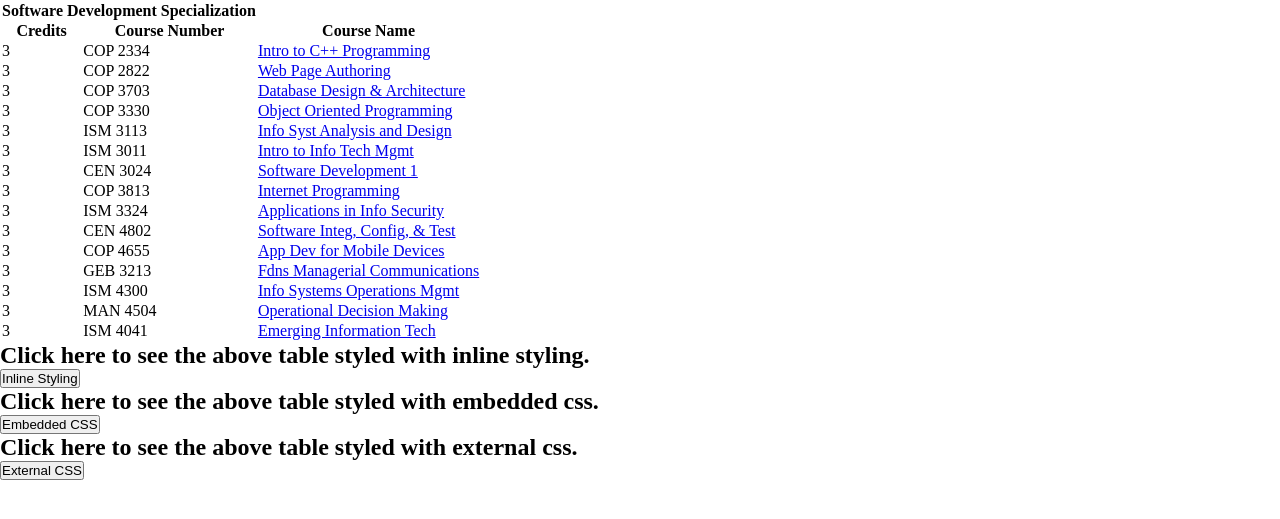
Repository: mlmEFSC21/P5-DegreeTableStyling
Page: index.html
These files come from the project's save history. The page is drawn as it stood at one moment and after the next save; the edit follows.
The browser window is 1280 px wide. The pictures show the whole page.

Above is the page before, as saved 2022-02-09 14:13:16.

### index.html
<!DOCTYPE html>
<html lang="en">
    <head>
        <meta charset="UTF-8" />
        <meta http-equiv="X-UA-Compatible" content="IE=edge" />
        <meta name="viewport" content="width=device-width, initial-scale=1.0" />
        <title>Degree Specialization Table</title>
        <link rel="stylesheet" href="Styles.css" />
    </head>
    <body>
        <section class="flexContainer">
            <table>
                <thead>
                    <tr>
                        <th colspan="2">Software Development Specialization</th>
                    </tr>
                    <tr>
                        <th>Credits</th>
                        <th>Course Number</th>
                        <th>Course Name</th>
                    </tr>
                </thead>
                <tbody>
                    <tr>
                        <td>3</td>
                        <td>COP 2334</td>
                        <td>
                            <a
                                href="https://bannerweb.easternflorida.edu/prod/bwckctlg.p_disp_course_detail?cat_term_in=202210&subj_code_in=COP&crse_numb_in=2334"
                                >Intro to C++ Programming</a
                            >
                        </td>
                    </tr>
                    <tr>
                        <td>3</td>
                        <td>COP 2822</td>
                        <td>
                            <a
                                href="https://bannerweb.easternflorida.edu/prod/bwckctlg.p_disp_course_detail?cat_term_in=202210&subj_code_in=COP&crse_numb_in=2822"
                                >Web Page Authoring</a
                            >
                        </td>
                    </tr>
                    <tr>
                        <td>3</td>
                        <td>COP 3703</td>
                        <td>
                            <a
                                href="https://bannerweb.easternflorida.edu/prod/bwckctlg.p_disp_course_detail?cat_term_in=202210&subj_code_in=COP&crse_numb_in=3703"
                                >Database Design & Architecture</a
                            >
                        </td>
                    </tr>
                    <tr>
                        <td>3</td>
                        <td>COP 3330</td>
                        <td>
                            <a
                                href="https://bannerweb.easternflorida.edu/prod/bwckctlg.p_disp_course_detail?cat_term_in=202210&subj_code_in=COP&crse_numb_in=3330"
                                >Object Oriented Programming</a
                            >
                        </td>
                    </tr>
                    <tr>
                        <td>3</td>
                        <td>ISM 3113</td>
                        <td>
                            <a
                                href="https://bannerweb.easternflorida.edu/prod/bwckctlg.p_disp_course_detail?cat_term_in=202210&subj_code_in=ISM&crse_numb_in=3113"
                                >Info Syst Analysis and Design</a
                            >
                        </td>
                    </tr>
                    <tr>
                        <td>3</td>
                        <td>ISM 3011</td>
                        <td>
                            <a
                                href="https://bannerweb.easternflorida.edu/prod/bwckctlg.p_disp_course_detail?cat_term_in=202210&subj_code_in=ISM&crse_numb_in=3011"
                                >Intro to Info Tech Mgmt</a
                            >
                        </td>
                    </tr>
                    <tr>
                        <td>3</td>
                        <td>CEN 3024</td>
                        <td>
                            <a
                                href="https://bannerweb.easternflorida.edu/prod/bwckctlg.p_disp_course_detail?cat_term_in=202210&subj_code_in=CEN&crse_numb_in=3024"
                                >Software Development 1</a
                            >
                        </td>
                    </tr>
                    <tr>
                        <td>3</td>
                        <td>COP 3813</td>
                        <td>
                            <a
                                href="https://bannerweb.easternflorida.edu/prod/bwckctlg.p_disp_course_detail?cat_term_in=202210&subj_code_in=COP&crse_numb_in=3813"
                                >Internet Programming</a
                            >
                        </td>
                    </tr>
                    <tr>
                        <td>3</td>
                        <td>ISM 3324</td>
                        <td>
                            <a
                                href="https://bannerweb.easternflorida.edu/prod/bwckctlg.p_disp_course_detail?cat_term_in=202210&subj_code_in=ISM&crse_numb_in=3324"
                                >Applications in Info Security</a
                            >
                        </td>
                    </tr>
                    <tr>
                        <td>3</td>
                        <td>CEN 4802</td>
                        <td>
                            <a
                                href="https://bannerweb.easternflorida.edu/prod/bwckctlg.p_disp_course_detail?cat_term_in=202210&subj_code_in=CEN&crse_numb_in=4802"
                                >Software Integ, Config, & Test</a
                            >
                        </td>
                    </tr>
                    <tr>
                        <td>3</td>
                        <td>COP 4655</td>
                        <td>
                            <a
                                href="https://bannerweb.easternflorida.edu/prod/bwckctlg.p_disp_course_detail?cat_term_in=202210&subj_code_in=COP&crse_numb_in=4655"
                                >App Dev for Mobile Devices</a
                            >
                        </td>
                    </tr>
                    <tr>
                        <td>3</td>
                        <td>GEB 3213</td>
                        <td>
                            <a
                                href="https://bannerweb.easternflorida.edu/prod/bwckctlg.p_disp_course_detail?cat_term_in=202210&subj_code_in=GEB&crse_numb_in=3213"
                                >Fdns Managerial Communications</a
                            >
                        </td>
                    </tr>
                    <tr>
                        <td>3</td>
                        <td>ISM 4300</td>
                        <td>
                            <a
                                href="https://bannerweb.easternflorida.edu/prod/bwckctlg.p_disp_course_detail?cat_term_in=202210&subj_code_in=ISM&crse_numb_in=4300"
                                >Info Systems Operations Mgmt</a
                            >
                        </td>
                    </tr>
                    <tr>
                        <td>3</td>
                        <td>MAN 4504</td>
                        <td>
                            <a
                                href="https://bannerweb.easternflorida.edu/prod/bwckctlg.p_disp_course_detail?cat_term_in=202210&subj_code_in=MAN&crse_numb_in=4504"
                                >Operational Decision Making</a
                            >
                        </td>
                    </tr>
                    <tr>
                        <td>3</td>
                        <td>ISM 4041</td>
                        <td>
                            <a
                                href="https://bannerweb.easternflorida.edu/prod/bwckctlg.p_disp_course_detail?cat_term_in=202210&subj_code_in=ISM&crse_numb_in=4041"
                                >Emerging Information Tech</a
                            >
                        </td>
                    </tr>
                </tbody>
            </table>
        <section>
            <h2>Click here to see the above table styled with inline styling.</h2>
            <button onclick="window.location.href='FormattedProgramSpecialization1.html'">
                Inline Styling
            </button>
            <h2>Click here to see the above table styled with embedded css.</h2>
            <button onclick="window.location.href='FormattedProgramSpecialization2.html'">
                Embedded CSS
            </button>
            <h2>Click here to see the above table styled with external css.</h2>
            <button onclick="window.location.href='FormattedProgramSpecialization3.html'">
                External CSS
            </button>
        </section>
    </body>
</html>

### Styles.css
*,
*::before,
*::after {
    margin: 0;
    padding: 0;
    box-sizing: border-box;
}
.tableContainer {
    align-content: center;
}
.linksContainer {
    display: flex;
    align-items: baseline;
    gap: 15px;
}

After the next save:
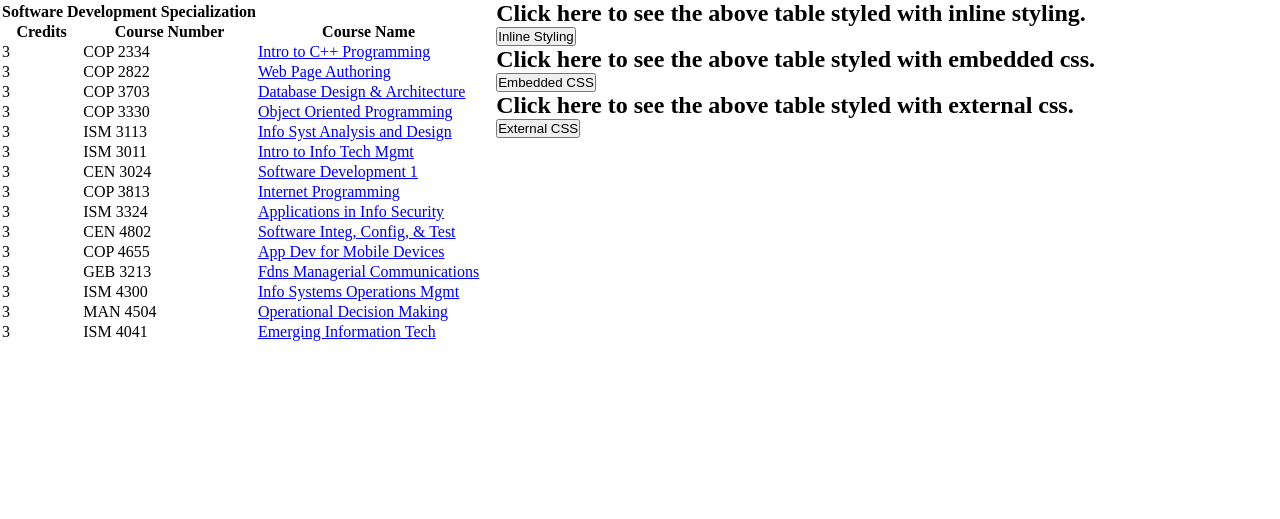
Saved 12 s later.
--- a/Styles.css
+++ b/Styles.css
@@ -8,7 +8,7 @@
 .tableContainer {
     align-content: center;
 }
-.linksContainer {
+.flexContainer {
     display: flex;
     align-items: baseline;
     gap: 15px;
